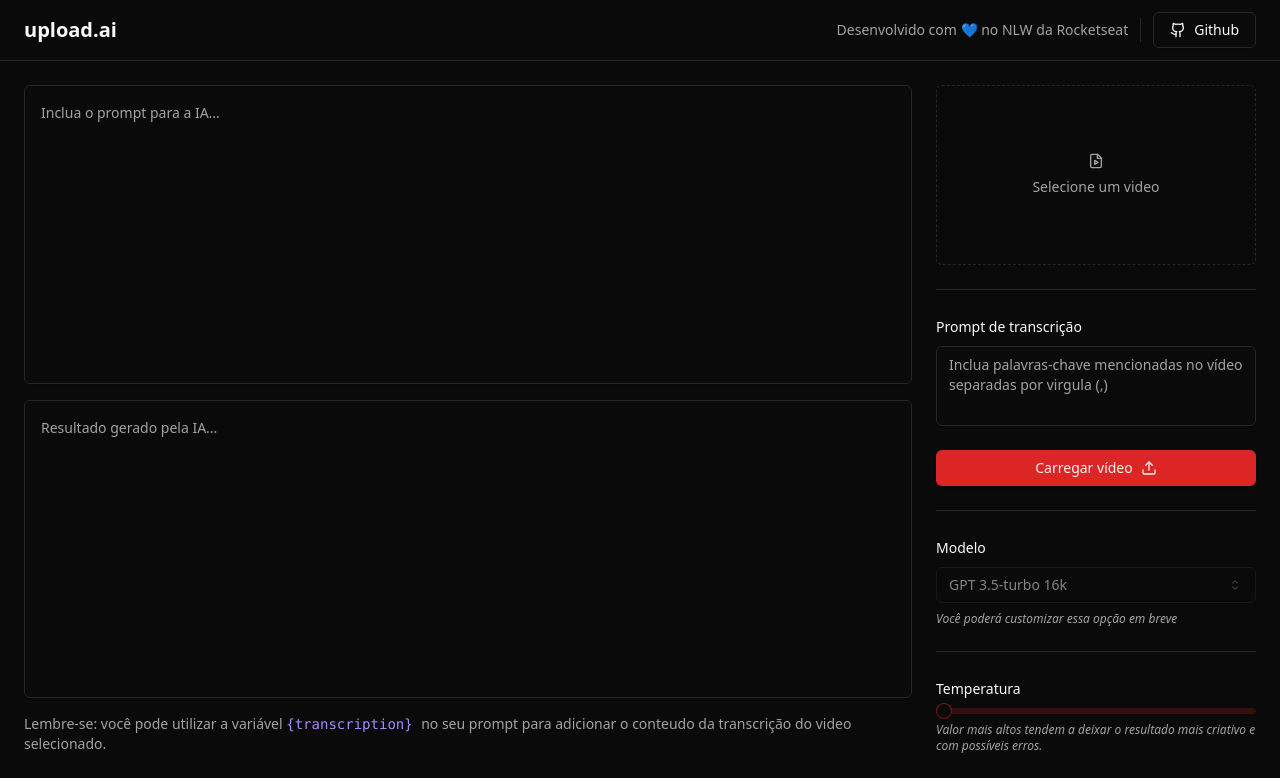
Repository: ricardolimati/upload-ai-web
Page: /
The author's editor kept a copy of each file at every save. The page is drawn from the files as they stood at one save, then again after the next save.
The browser window is 1280 px wide. The pictures show the whole page.
The project was rebuilt for these pictures with package versions that can differ from the ones it lists, and the page was loaded fresh each time. Also part of the build but not shown: vite.config.ts.

Above is the page before, as saved 2023-09-12 00:26:48.

After the next save:
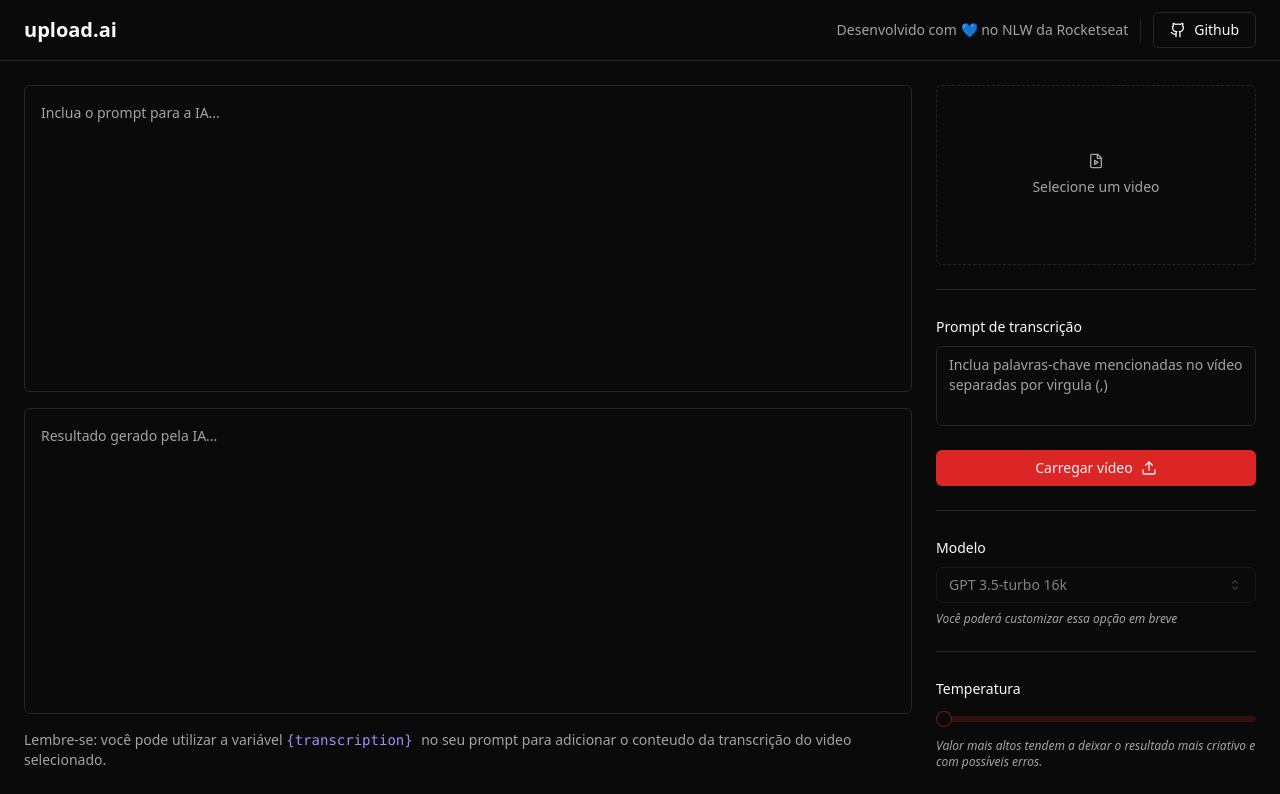
Saved 9 s later.
--- a/src/App.tsx
+++ b/src/App.tsx
@@ -85,7 +85,7 @@ export function App() {
           </div>
 
           <Separator/>
-          <div className="space-y-2">
+          <div className="space-y-4">
             <Label >Temperatura</Label>
             <Slider
              min={0}
